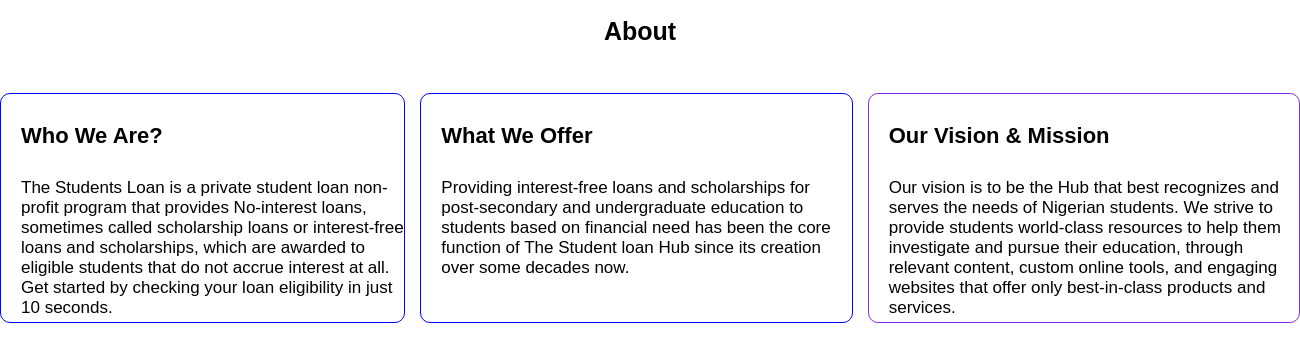
Repository: Tobby004/basic-loanweb
Page: about.html
The author's editor kept a copy of each file at every save. The page is drawn from the files as they stood at one save, then again after the next save.
The browser window is 1280 px wide. The page is 1300 px wide, so the pictures cover 1300 px, including what lies to the right of the window. The pictures show the whole page.

Above is the page before, as saved 2023-07-06 02:26:23.

After the next save:
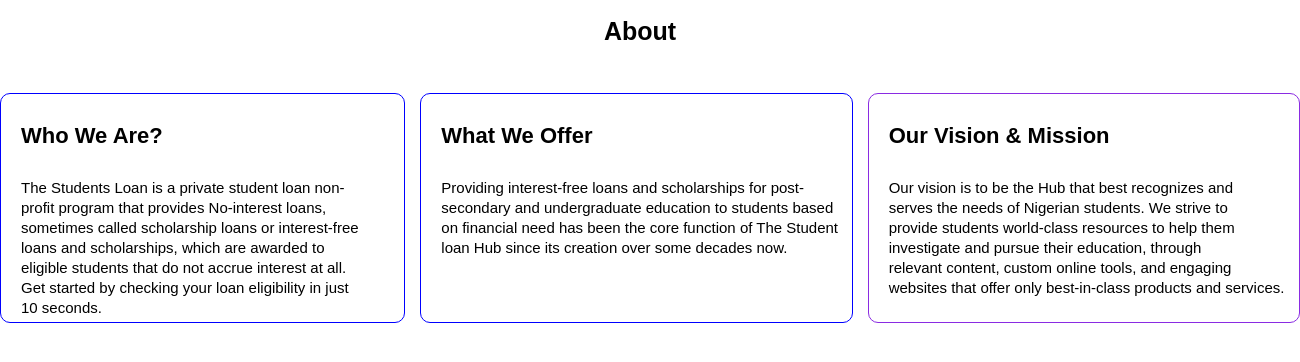
Saved 2 min 53 s later.
--- a/about.html
+++ b/about.html
@@ -12,7 +12,11 @@
     <div class="container">
     <div class="box-1">
         <h4>Who We Are?</h4>
-        <p>The Students Loan is a private student loan non-profit program that provides No-interest loans, sometimes called scholarship loans or interest-free loans and scholarships, which are awarded to eligible students that do not accrue interest at all. Get started by checking your loan eligibility in just 10 seconds.</p>
+        <p>The Students Loan is a private student loan non- <br>
+            profit program that provides No-interest loans,<br>
+             sometimes called scholarship loans or interest-free <br>
+             loans and scholarships, which are awarded to <br>eligible students that do not accrue interest at all.<br>
+              Get started by checking your loan eligibility in just<br> 10 seconds.</p>
     </div>
     <div class="box-2">
         <h4>What We Offer</h4>
--- a/about.css
+++ b/about.css
@@ -44,8 +44,9 @@ h1 {
 }
 .container p {
     margin-left: 20px;
-    font-size: 17px;
+    font-size: 15px;
     font-family: sans-serif;
+    line-height: 20px;
 }
 .box-3{
     height: 230px;
